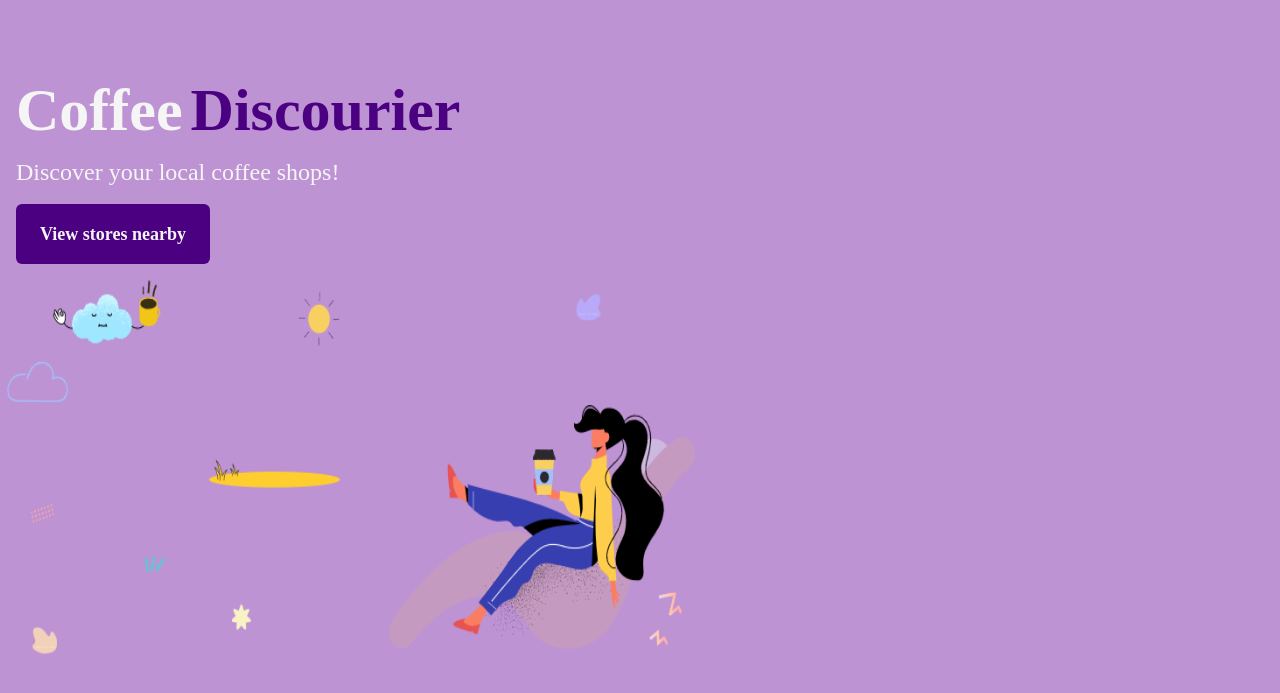
Repository: Tomiogunsan/Coffee-Discourier
Page: /
The author's editor kept a copy of each file at every save. The page is drawn from the files as they stood at one save, then again after a run of saves.
The browser window is 1280 px wide. The pictures show the whole page.
The project was rebuilt for these pictures with package versions that can differ from the ones it lists, and the page was loaded fresh each time. The framework's server and built-in components were replaced by stand-ins that run in the browser. Also part of the build but not shown: next.config.js.

Above is the page before, as saved 2023-02-15 19:12:33.

### pages/_document.js
import { Html, Head, Main, NextScript } from 'next/document'

export default function Document() {
  return (
    <Html lang="en">
      <Head>
      <link  href="https://fonts.googleapis.com/css2?family=IBM+Plex+Sans:wght@300;400;500;600;700&family=Lato:wght@100;300;400;700;900&family=Montserrat:wght@300;400;500;600;
      700;800&family=Nunito:wght@500;700;800;900;1000&display=swap"
      rel="stylesheet"/>
      </Head>
      <body>
        <Main />
        <NextScript />
      </body>
    </Html>
  )
}

### pages/index.js
import Head from 'next/head'
import Image from 'next/image'
import { Inter } from '@next/font/google'

import Banner from '../components/banner'

const inter = Inter({ subsets: ['latin'] })

export default function Home() {
  function handleOnBannerBtn() {
    console.log("hi");
  }
  return (
    <>
      <Head>
        <title>Coffee Discourier</title>
        <meta name="description" content="Generated by create next app" />
        <meta name="viewport" content="width=device-width, initial-scale=1" />
        <link rel="icon" href="/favicon.ico" />
      </Head>
      <main>

    <Banner  buttonText='View stores nearby'
    handleOnClick={handleOnBannerBtn}/>
    <Image
    src="/static/hero-image.png"
    width={700}
    height={400}
    className="absolute top-[62px] md:top-10 z-1 md:right-[20%]"
    />






      </main>
    </>
  )
}

### styles/globals.css

body {
  color: rgb(var(--foreground-rgb));
  background: #be93d4;

  background-position: 50%;
  background-repeat: no-repeat;
  background-size: cover;

  height: 100%;
  font-family: IBMP;
}

*{
  box-sizing:border-box;
}
@tailwind base;
@tailwind components;
@tailwind utilities;

### components/banner.js
import React from 'react'

export default function banner(props) {
  return (
    <div className='max-w-7xl mx-auto pt-[80px] pl-4'>
      <h1 >
        <span className='text-[#f5f5f5]  text-[45px] md:text-6xl capitalize font-extrabold'> Coffee</span>
        <span className='text-[#4B0082] block md:inline-block capitalize text-[45px] md:text-6xl font-bold md:ml-2 '>Discourier</span>
      </h1>
      <p className='text-[#f5f5f5] text-xl md:text-2xl py-2 md:py-4'>Discover your local coffee shops!</p>
      <button className='font-bold  bg-[#4B0082] text-[#f5f5f5] text-lg px-6 py-4 rounded-md' onClick={props.handleOnClick}>{props.buttonText}</button>
    </div>
  )
}

### tailwind.config.js
/** @type {import('tailwindcss').Config} */
module.exports = {
  content: [ "./app/**/*.{js,ts,jsx,tsx}",
  "./pages/**/*.{js,ts,jsx,tsx}",
  "./components/**/*.{js,ts,jsx,tsx}"],
  theme: {
    extend: {},
  },
  plugins: [],
}

Loaded but not shown: pages/_app.js (common file)

After the next 8 saves:
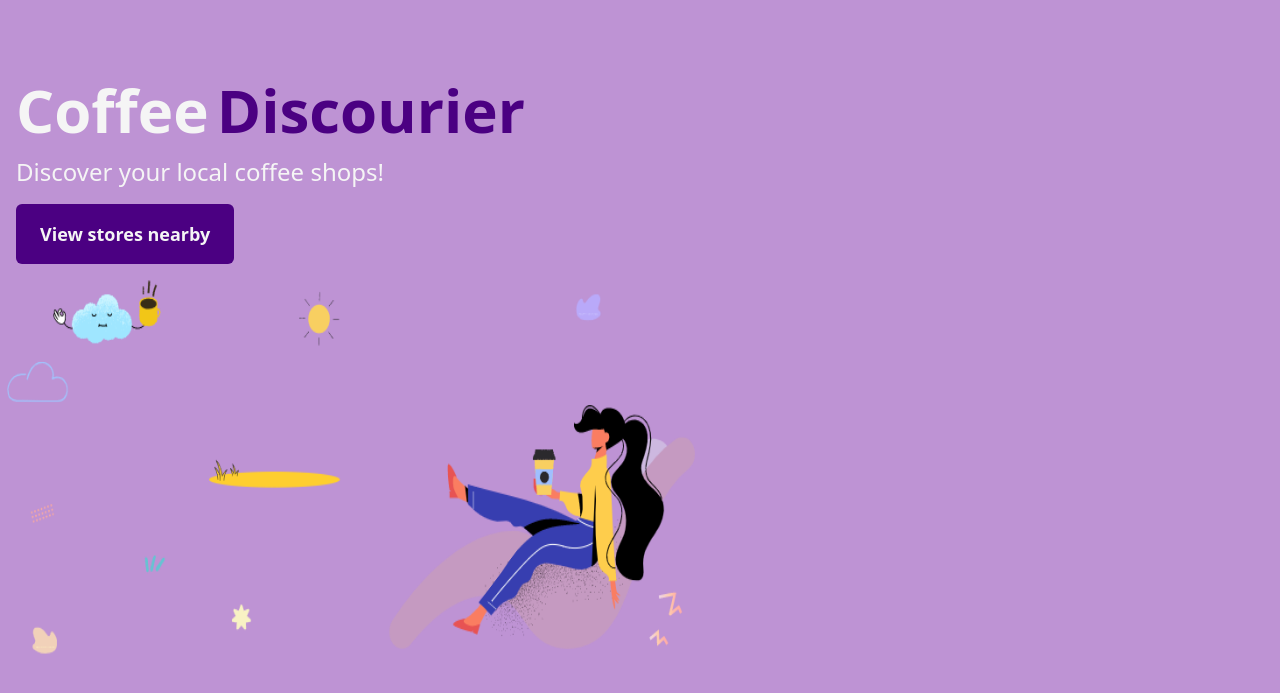
The 8 saves are shown as one change because they came seconds apart.
The last was saved 18 s later.
--- a/styles/globals.css
+++ b/styles/globals.css
@@ -8,7 +8,7 @@
   background-size: cover;
 
   height: 100%;
-  font-family: IBMP;
+  font-family: IBMPlexSans, system-ui, -apple-system, BlinkMacSystemFont, 'Segoe UI', Roboto, Oxygen, Ubuntu, Cantarell, 'Open Sans', 'Helvetica Neue', sans-serif;
 }
 
 *{
